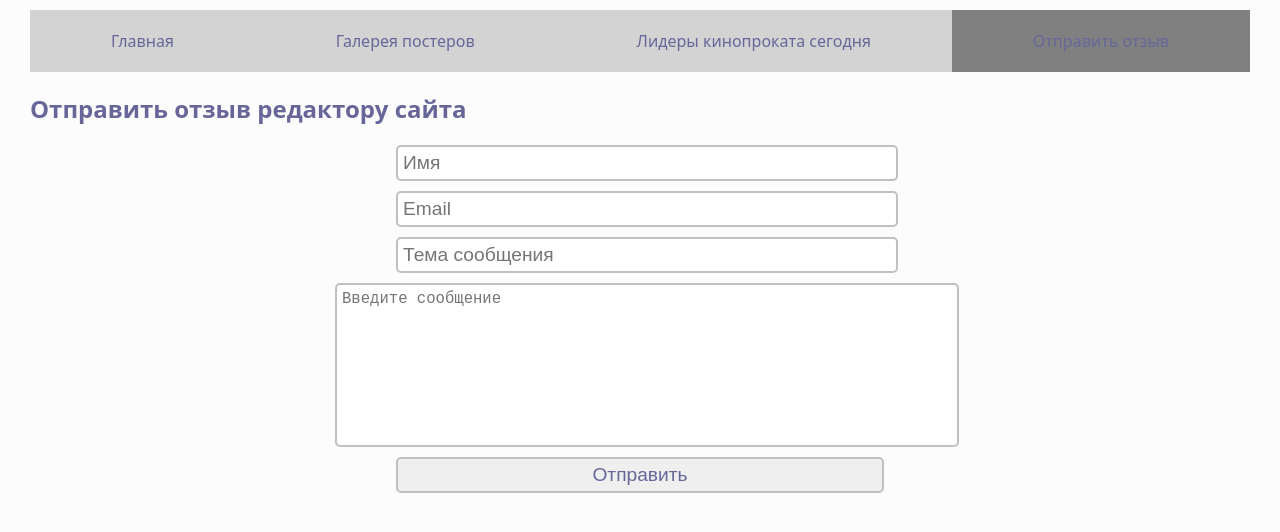
Repository: nasty-97/courseWeb
Page: http://localhost/item_4.php
The author's editor kept a record of every edit. The page is drawn from the files as they stood at one moment, then again after the next edit.
The browser window is 1280 px wide. The pictures show the whole page.
The page is run by PHP 8.4 with error messages shown; the project is at /var/www/html/.

Above is the page before.

After the next edit:
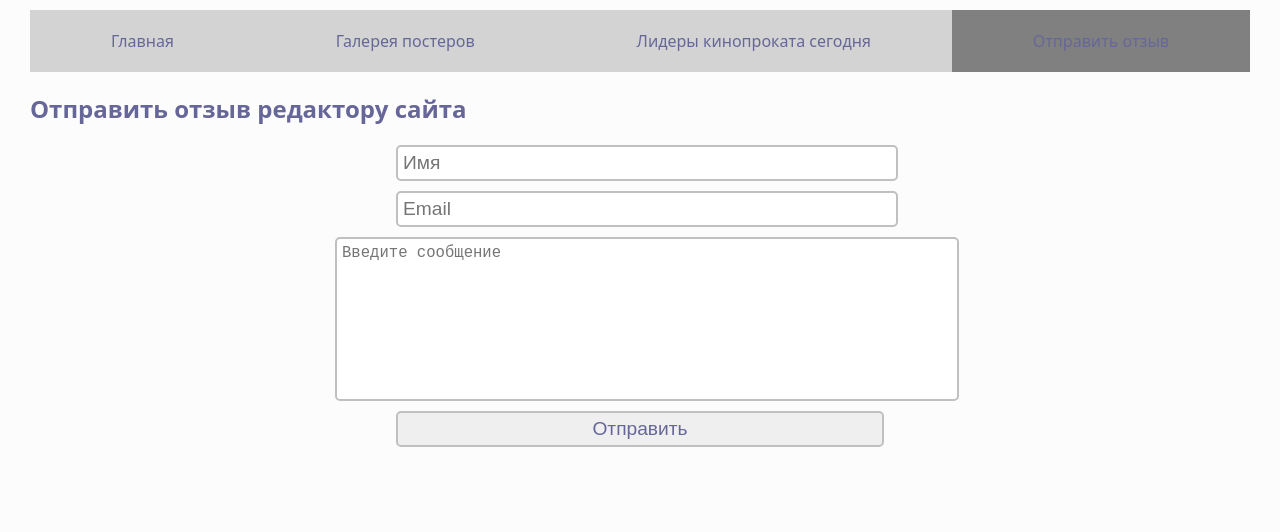
The edit:
--- a/item_4.php
+++ b/item_4.php
@@ -62,15 +62,12 @@
 		<h2>Отправить отзыв редактору сайта</h2>
 		<div id="wrapper">
 			<div id="leftcol">
-				<form>
-
-				</form>
-				<input type="text" placeholder="Имя" id="name" name="name"><br/>
-				<input type="text" placeholder="Email" id="email" name="email"><br/>
-				<input type="text" placeholder="Тема сообщения" id="subject" name="subject"><br/>
-				<textarea name="message" id="message" placeholder="Введите сообщение"></textarea><br/>
-				<div id="messageShow"></div>
-				<input type="submit" name="done" id="done" value="Отправить">
+				<form action="add.php" method="post">
+					<input type="text" placeholder="Имя" id="name" name="nameUser"><br/>
+					<input type="text" placeholder="Email" id="email" name="emailUser"><br/>
+					<textarea name="messageUser" id="message" placeholder="Введите сообщение"></textarea><br/>
+					<div id="messageShow"></div>
+					<input type="submit" name="done" id="done" value="Отправить">
 				</form>
 			</div>
 		</div>
